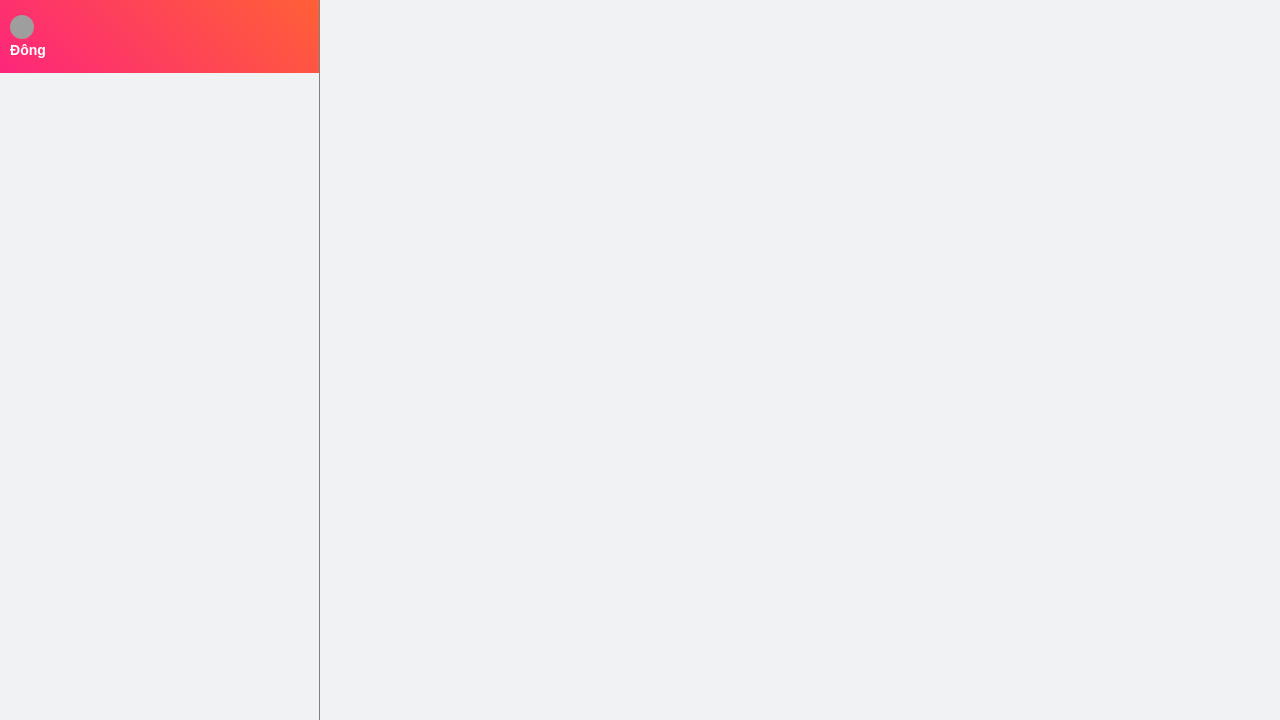
Repository: conquy2002/Project-Tinder
Page: Project RobinTinder/website/index.html
The author's editor kept a copy of each file at every save. The page is drawn from the files as they stood at one save, then again after the next save.
The browser window is 1280 px wide. The pictures show the whole page.
Pictures or frames that could not be fetched are drawn as grey boxes.

Above is the page before, as saved 2022-01-07 08:47:49.

After the next save:
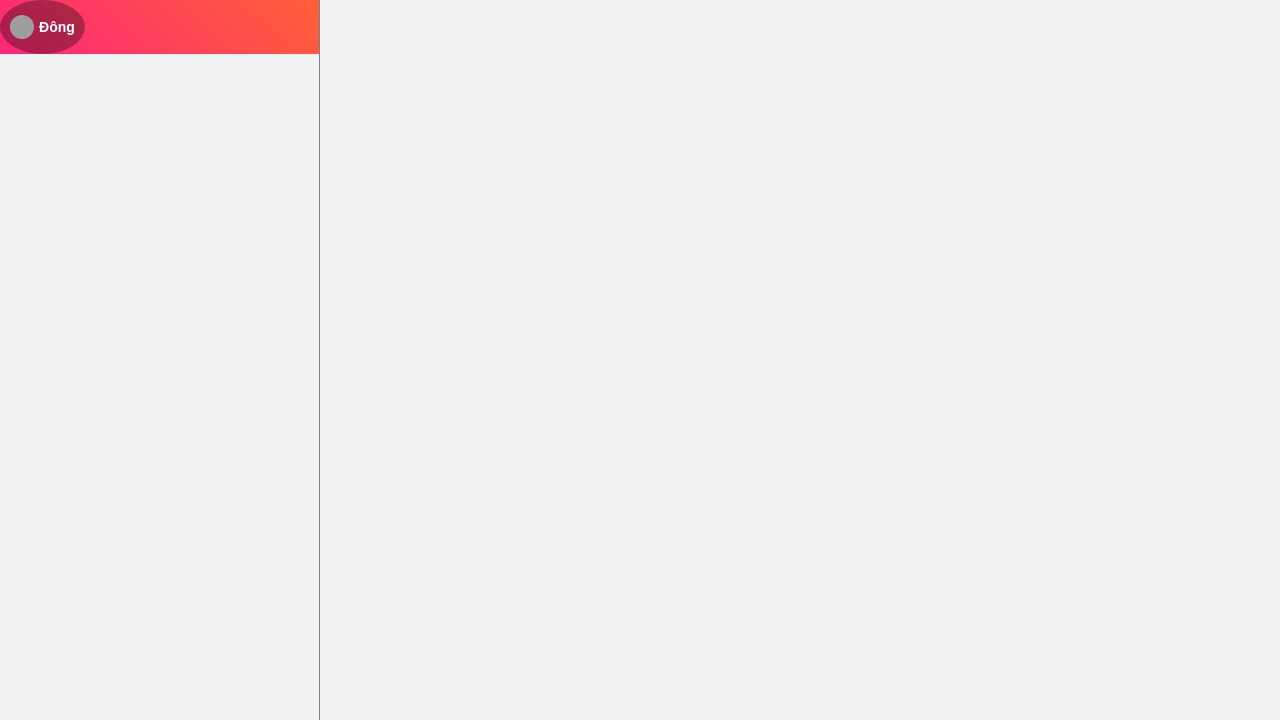
Saved 24 s later.
--- a/Project RobinTinder/website/css/style.css
+++ b/Project RobinTinder/website/css/style.css
@@ -25,7 +25,7 @@
     width: 100%;
     display: flex;
 }
-.nav__hearder--profile{
+.nav__hearder--profile a{
     display: flex;
     padding: 15px 10px;
     align-items: center;
